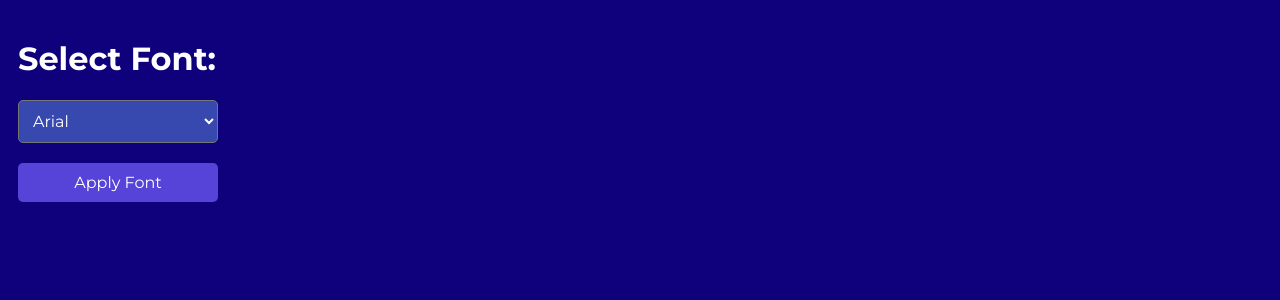
Repository: adatechschool/extension-navigateur-extension_walid_eliana_imelda
Page: extention 5/popup.html
An editor plug-in stored every save of this project. The page is shown before and after the next save, followed by the edit.
The browser window is 1280 px wide. The pictures show the whole page.

Above is the page before, as saved 2024-01-19 00:28:59.

After the next save:
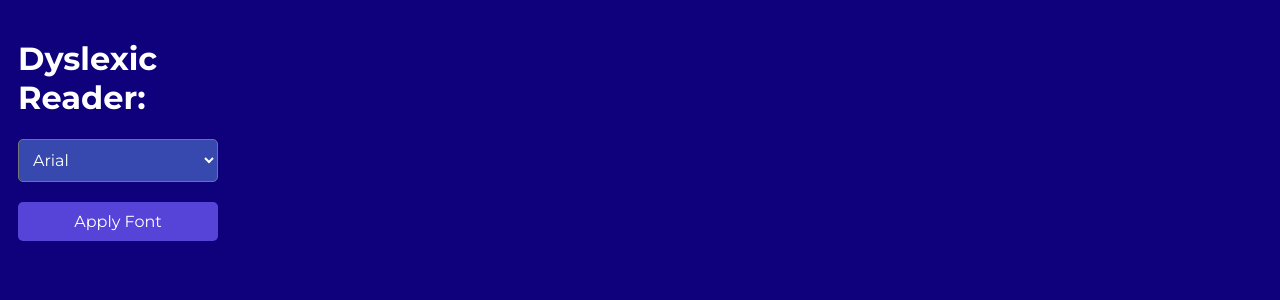
Saved 48 s later.
--- a/extention 5/popup.html
+++ b/extention 5/popup.html
@@ -10,7 +10,7 @@
   <link href="https://fonts.googleapis.com/css2?family=Montserrat:wght@400;700&display=swap" rel="stylesheet">
 </head>
 <body>
-  <h1>Select Font:</h1>
+  <h1>Dyslexic Reader:</h1>
   <select id="fontSelector">
     <option value="Arial">Arial</option>
     <option value="Times New Roman">Times New Roman</option>
